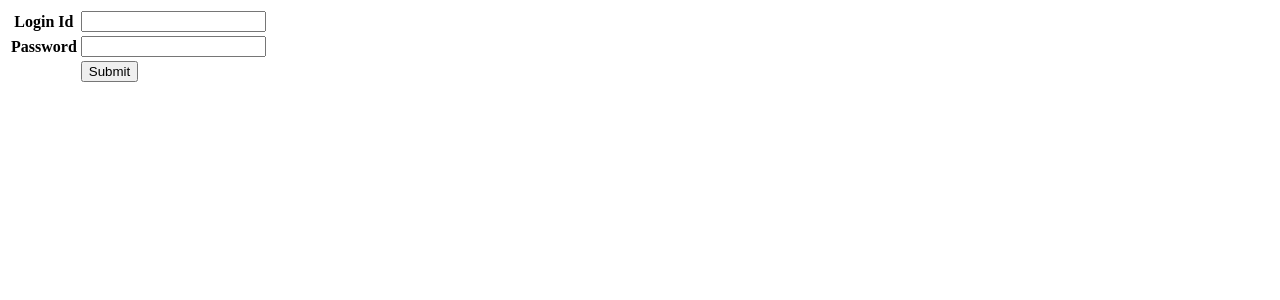
Repository: rish1208/Advance_java
Page: http://localhost/Use-case/UserView.jsp
An editor plug-in stored every save of this project. The page is shown before and after the next save, followed by the edit.
The browser window is 1280 px wide. The pictures show the whole page.
The page is served by Tomcat 9. Other server files are loaded and not shown.

Above is the page before, as saved 2024-04-07 18:31:44.

### Advance java Workspace/Use-case/WebContent/UserView.jsp
<%@ page language="java" contentType="text/html; charset=ISO-8859-1"
    pageEncoding="ISO-8859-1"%>
<!DOCTYPE html>
<html>
<head>
<meta charset="ISO-8859-1">
<title>Insert title here</title>
</head>
<body>
<form action="UserCtl" method="post">
		<table>

			<tr>
				<th>Login Id</th>
				<td><input type="text"name="loginId"></td>
			</tr>

			<tr>
				<th>Password</th>
				<td><input type="text"name="password"></td>
			</tr>

			<tr>
				<th></th>
				<td><input type="submit"></td>
			</tr>

		</table>
	</form>
</body>
</html>

After the next save:
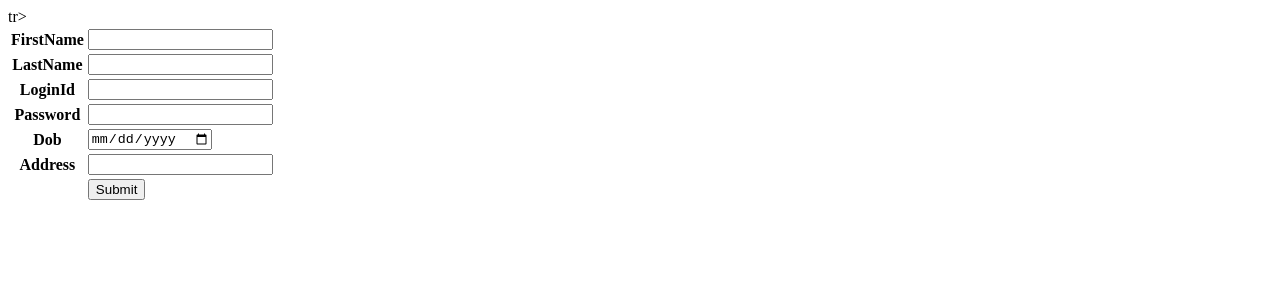
Saved 2 min 55 s later.
--- a/Advance java Workspace/Use-case/WebContent/UserView.jsp
+++ b/Advance java Workspace/Use-case/WebContent/UserView.jsp
@@ -11,13 +11,33 @@
 		<table>
 
 			<tr>
-				<th>Login Id</th>
+				<th>FirstName</th>
+				<td><input type="text"name="firstName"></td>
+			</tr>
+
+			<tr>
+				<th>LastName</th>
+				<td><input type="text"name="lastName"></td>
+			</tr>
+
+			<tr>
+				<th>LoginId</th>
 				<td><input type="text"name="loginId"></td>
 			</tr>
 
 			<tr>
 				<th>Password</th>
 				<td><input type="text"name="password"></td>
+			</tr>
+
+			<tr>
+				<th>Dob</th>
+				<td><input type="Date"name="dob"></td>
+			</tr>
+
+			tr>
+				<th>Address</th>
+				<td><input type="text"name="address"></td>
 			</tr>
 
 			<tr>
